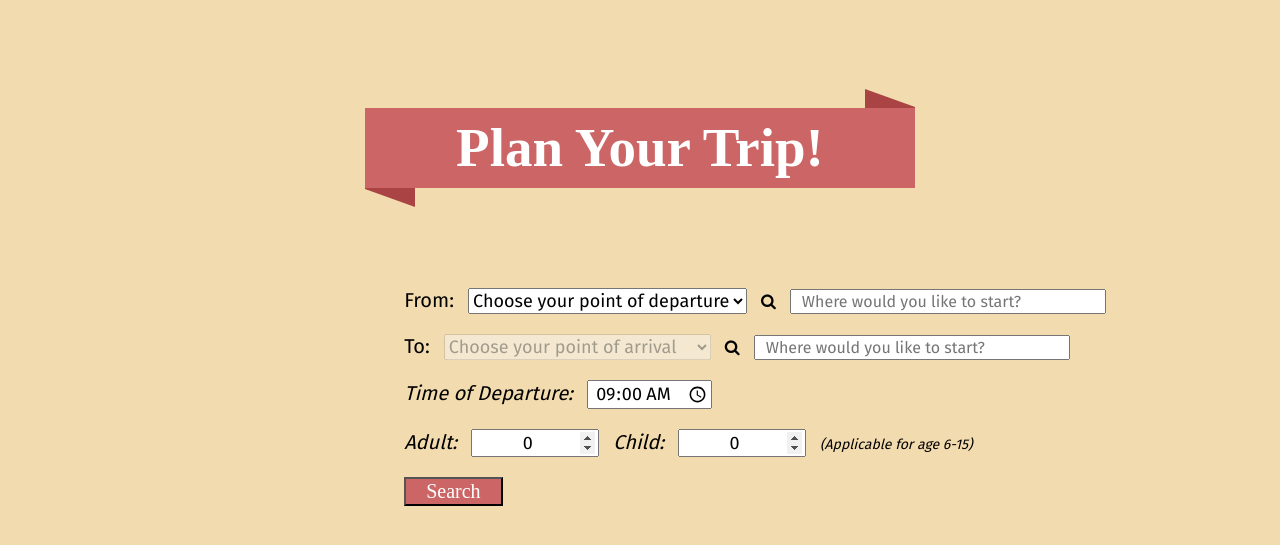
Repository: bbh0607/bae_dNation
Page: public/index.html
An editor plug-in stored every save of this project. The page is shown before and after the next save, followed by the edit.
The browser window is 1280 px wide. The pictures show the whole page.
Some web fonts or font styles are not loaded; a fallback is used.

Above is the page before, as saved 2020-02-01 15:42:32.

After the next save:
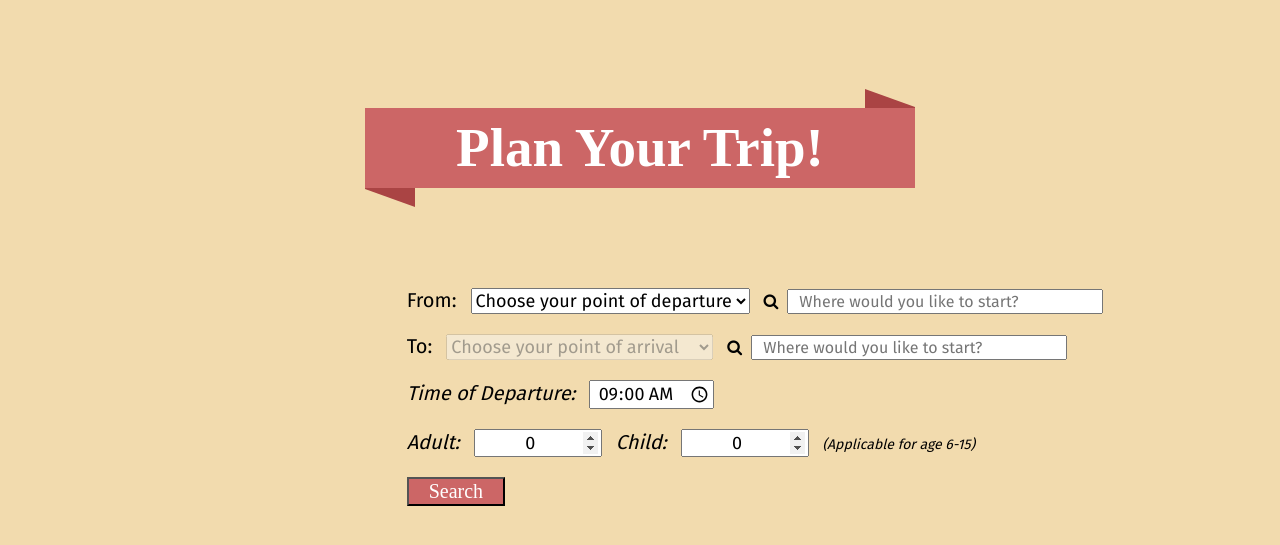
Saved 13 s later.
--- a/public/css/style.css
+++ b/public/css/style.css
@@ -97,5 +97,5 @@ input[type='time']::-webkit-outer-spin-button {
 }
 
 .icon{
-  margin-right: 10px;
+  margin-right: 5px;
 }
